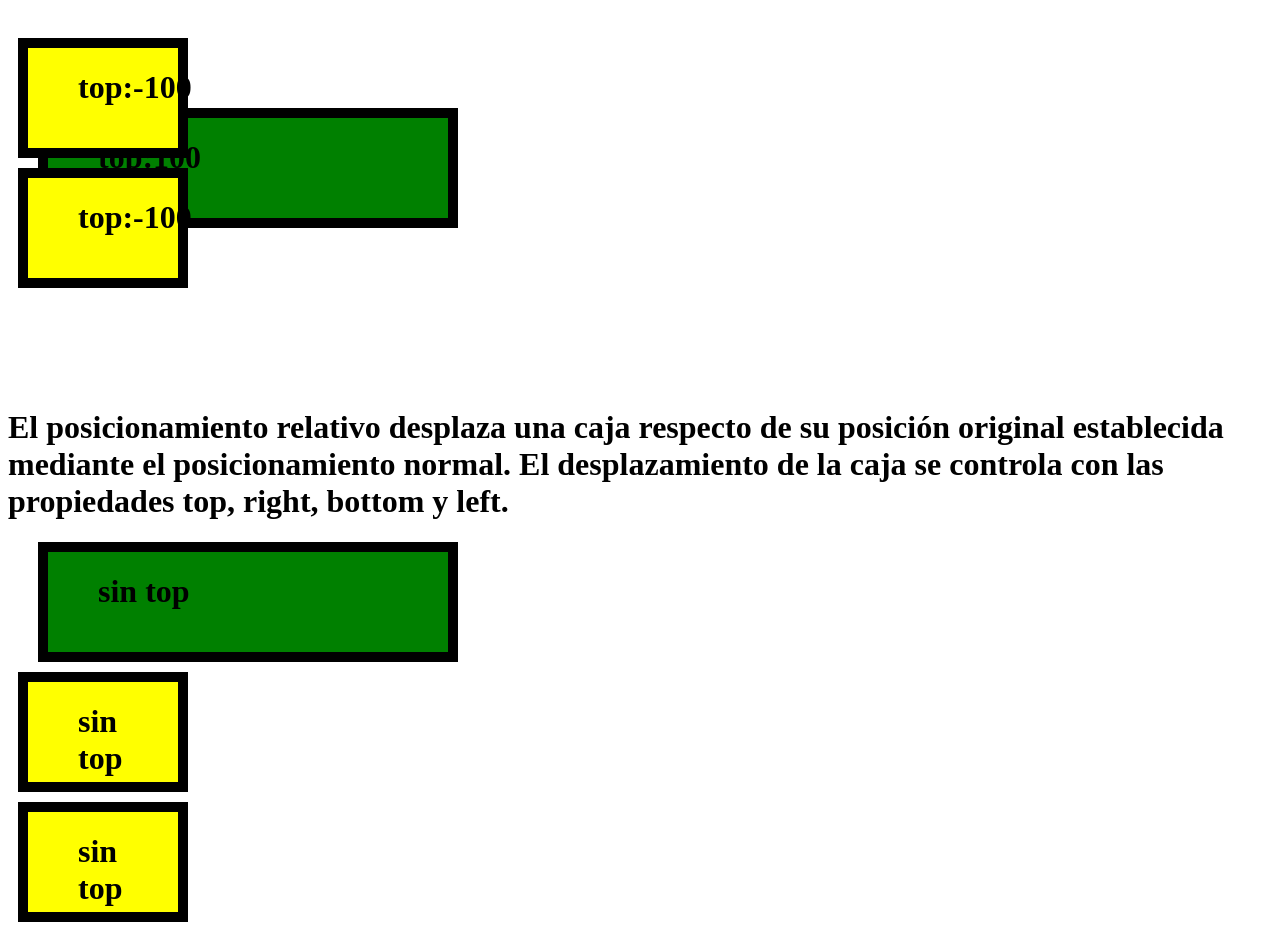
Repository: antonio63j/misNotas
Page: software/CSS/Demos/aptana_proyect/src/relativo.html
These files come from the project's save history. The page is drawn as it stood at one moment and after the next save; the edit follows.
The browser window is 1280 px wide. The pictures show the whole page.

Above is the page before, as saved 2017-04-23 17:04:44.

### software/CSS/Demos/aptana_proyect/src/relativo.html
<!DOCTYPE html>
<html>
<head>
<style>

#caja1 {
  position:relative;
  top:100px;
  left:20px;
  width: 300px;
  height:100px;
  padding-left:  50px;
  padding-right: 50px;
  margin-left:   10px;
  margin-right:  10px;
  border: 10px solid black;
  margin-bottom:10px;
  background-color:green;
}

#caja2 {
  position:relative;
  top:-100px;
  width: 50px;
  height:100px;
  padding-left:  50px;
  padding-right: 50px;
  margin-left:   10px;
  margin-right:  10px;
  border: 10px solid black;
  margin-bottom:10px;
  background-color:yellow;
}

#caja3 {
  position:relative;
  top:-100px;
  width: 50px;
  height:100px;
  padding-left:  50px;
  padding-right: 50px;
  margin-left:   10px;
  margin-right:  10px;
  border: 10px solid black;
  margin-bottom:10px;
  background-color:yellow;
}

#caja11 {
  position:relative;
  left:20px;
  width: 300px;
  height:100px;
  padding-left:  50px;
  padding-right: 50px;
  margin-left:   10px;
  margin-right:  10px;
  border: 10px solid black;
  margin-bottom:10px;
  background-color:green;
}

#caja22 {
  position:relative;

  width: 50px;
  height:100px;
  padding-left:  50px;
  padding-right: 50px;
  margin-left:   10px;
  margin-right:  10px;
  border: 10px solid black;
  margin-bottom:10px;
  background-color:yellow;
}

#caja33 {
  position:relative;

  width: 50px;
  height:100px;
  padding-left:  50px;
  padding-right: 50px;
  margin-left:   10px;
  margin-right:  10px;
  border: 10px solid black;
  margin-bottom:10px;
  background-color:yellow;
}


</style>
</head>



<body>

<div id="caja1"><h1>top:100</h1></div>
<div id="caja2"><h1>top:-100</h1></div>
<div id="caja3"><h1>top:-100</h1></div>

<h1>El posicionamiento relativo desplaza una caja respecto de su posición original establecida mediante el posicionamiento normal. El desplazamiento de la caja se controla con las propiedades top, right, bottom y left.</h1>

<div id="caja11"><h1>sin top</h1></div>
<div id="caja22"><h1>sin top</h1></div>
<div id="caja33"><h1>sin top</h1></div>

</body>

</html>

After the next save:
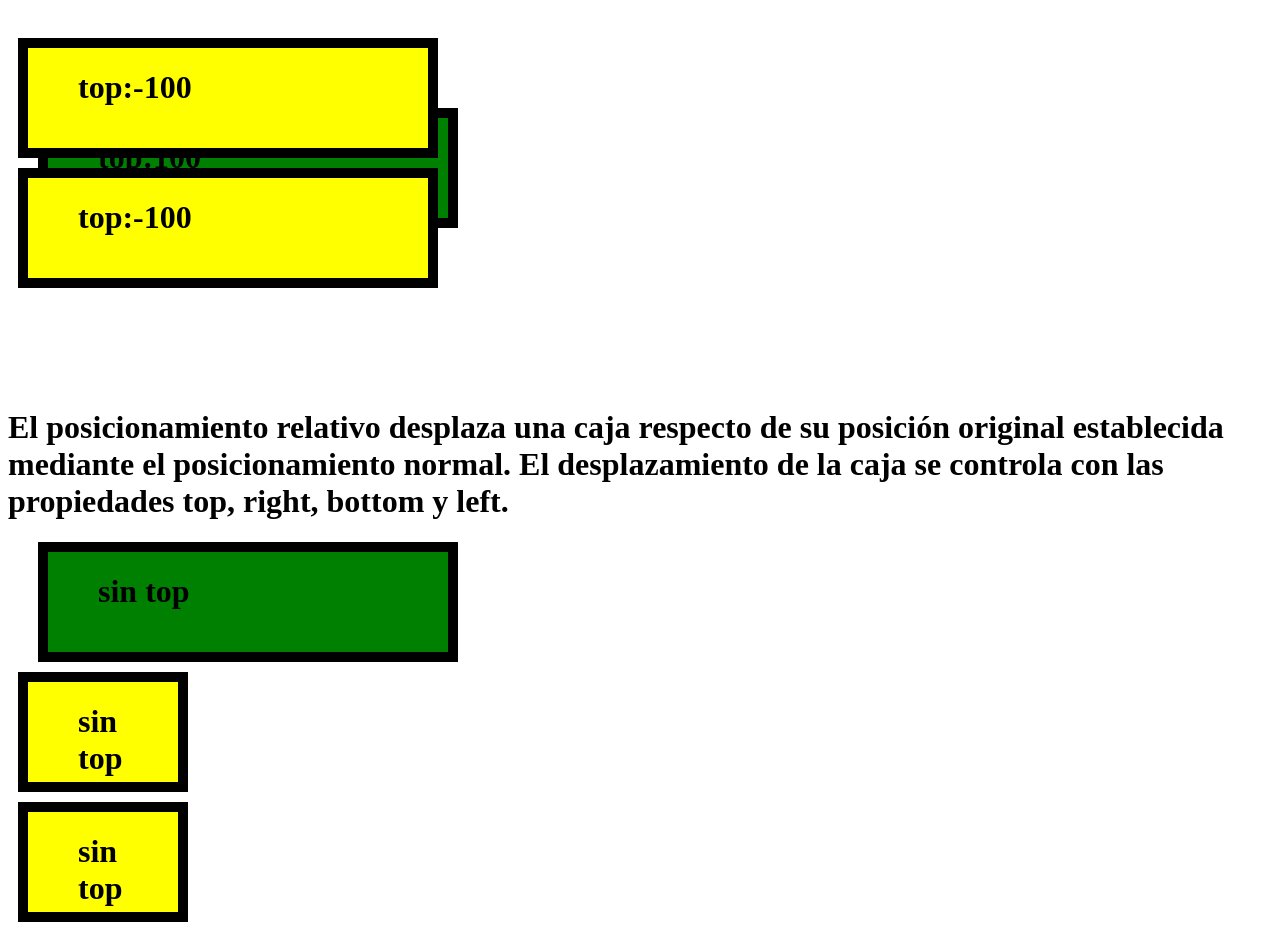
Saved 66 s later.
--- a/software/CSS/Demos/aptana_proyect/src/relativo.html
+++ b/software/CSS/Demos/aptana_proyect/src/relativo.html
@@ -21,7 +21,7 @@
 #caja2 {
   position:relative;
   top:-100px;
-  width: 50px;
+  width: 300px;
   height:100px;
   padding-left:  50px;
   padding-right: 50px;
@@ -35,7 +35,7 @@
 #caja3 {
   position:relative;
   top:-100px;
-  width: 50px;
+  width: 300px;
   height:100px;
   padding-left:  50px;
   padding-right: 50px;
